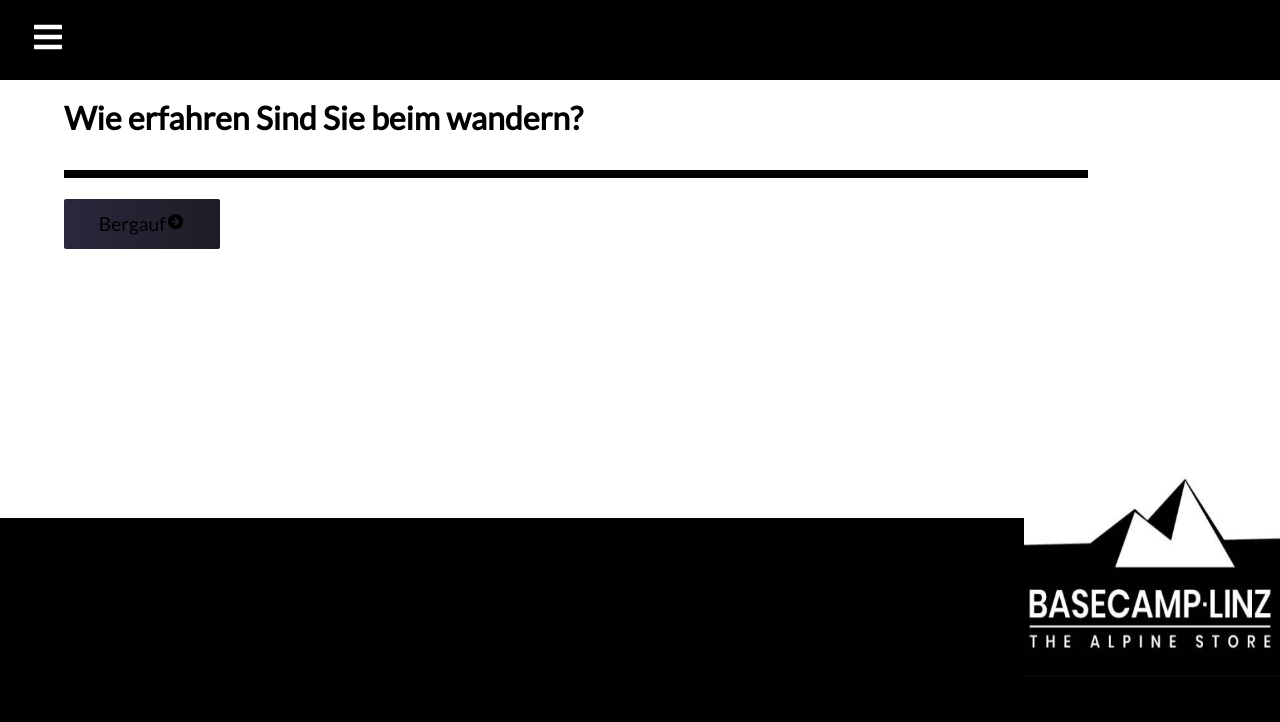
Repository: LeleZuGut/Kundenabfragesystem-Website
Page: /fragen/Wandern
These files come from the project's save history. The page is drawn as it stood at one moment and after the next save; the edit follows.
The browser window is 1280 px wide. The pictures show the whole page.
The project was rebuilt for these pictures with package versions that can differ from the ones it lists, and the page was loaded fresh each time. Also part of the build but not shown: src/Pages/FormSignup.js, src/Form.js, src/Styles/FormLogin.css, src/Pages/FormLogin.js, src/Form-Log.js, src/Pages/FormFragenKatalog-Main.js.

Above is the page before, as saved 2021-08-15 16:17:51.

### public/index.html
<!DOCTYPE html>
<html lang="en">
  <head>
    <meta charset="utf-8" />
    <link rel="icon" href="%PUBLIC_URL%/favicon.ico" />
    <meta name="viewport" content="width=device-width, initial-scale=1" />
    <meta name="theme-color" content="#000000" />
    <meta
      name="description"
      content="Web site created using create-react-app"
    />
    <link rel="apple-touch-icon" href="%PUBLIC_URL%/logo192.png" />
    <!--
      manifest.json provides metadata used when your web app is installed on a
      user's mobile device or desktop. See https://developers.google.com/web/fundamentals/web-app-manifest/
    -->
    <link rel="manifest" href="%PUBLIC_URL%/manifest.json" />
    <!--
      Notice the use of %PUBLIC_URL% in the tags above.
      It will be replaced with the URL of the `public` folder during the build.
      Only files inside the `public` folder can be referenced from the HTML.

      Unlike "/favicon.ico" or "favicon.ico", "%PUBLIC_URL%/favicon.ico" will
      work correctly both with client-side routing and a non-root public URL.
      Learn how to configure a non-root public URL by running `npm run build`.
    -->
    <title>Kundenabfragesystem</title>
  </head>
  <body>
    <noscript>You need to enable JavaScript to run this app.</noscript>
    <div id="root"></div>
    <!--
      This HTML file is a template.
      If you open it directly in the browser, you will see an empty page.

      You can add webfonts, meta tags, or analytics to this file.
      The build step will place the bundled scripts into the <body> tag.

      To begin the development, run `npm start` or `yarn start`.
      To create a production bundle, use `npm run build` or `yarn build`.


    -->
    <script src="https://www.google.com/recaptcha/api.js?onload=onloadCallback&
    render=explicit" async defer></script>
  </body>
</html>

### src/App.js
import { Route, BrowserRouter as Router, Switch, BrowserRouter} from 'react-router-dom';
import './App.css';
import Form from './Form';
import React, { Component } from 'react';
import Form_Log from './Form-Log';
import Navbar from './Pages/FormFragenKatalog-Main';
import FormFragenkatalog from './Pages/FormFragenkatalog';
export default class App extends Component {
  render() {
    return (
      <div className="Main-App">

      <BrowserRouter>
        <Switch>
          <Route exact path="/" component={Form} />
          <Route exact path="/login" component={Form_Log} />
          <Route exact path="/main" component={Navbar} />
          <Route exact path="/fragen/Wandern" component={FormFragenkatalog} />
          <Route exact path="/fragen/Ski" component={FormFragenkatalog} />
          <Route exact path="/fragen/Klettern" component={FormFragenkatalog} />






        </Switch>


      </BrowserRouter>
      </div>

    )
  }
}

### src/App.css
@import url('https://fonts.googleapis.com/css2?family=Lato&display=swap');

* {
  box-sizing: border-box;
  margin: 0;
  padding: 0;
  font-family: 'Lato', sans-serif;
}

.FormFragenKatalog{
  display: flex;
  height: 90vh;
  align-items: center;
  justify-content: center;
  font-size: 3rem;
}

### src/Pages/FormFragenkatalog.js
import React, { useState } from 'react';
import * as FaIcons from 'react-icons/fa';
import * as AiIcons from 'react-icons/ai';
import * as HiIcons from 'react-icons/hi';

import { Link } from 'react-router-dom';
import { IconContext } from 'react-icons';
import { SidebarData } from '../SidebarData';
import Logo_MainPage from '../Images/Main-FragenPageLogo.PNG';
import '../Styles/FormFragenkatalog.css';





const FormFragenKatalog = () => {
    const WandernURL = "/fragen/Wandern";
    const SkiURL = "/fragen/Ski";
    const KletternURL = "/fragen/Klettern";
    const currentURL = window.location.pathname;
    const [sidebar, setSidebar] = useState(false);

    const showSidebar = () => setSidebar(!sidebar);

    const Wquestions = [
        {
            questionText: "Wie erfahren Sind Sie beim wandern?",
            answerOptions:[
                {answerText: "Anfänger"},
                {answerText: "Fortgeschritten"},
                {answerText: "Profi"},

            ],
        },

        {
            questionText: "Welche Schuhgröße haben Sie?",
            answerOptions:[
                {answerText: "40"},
                {answerText: "41"},
                {answerText: "42"},

            ],
        },

    ];
    const [currentQuestion, setCurrentQuestion] = useState(0);

    const handleAnswerButtonClick = () =>{
        const nextquestion = currentQuestion + 1;
        setCurrentQuestion(nextquestion);
    }


    if (currentURL == WandernURL) {




        return (
            <>
                <IconContext.Provider value={{ color: '#fff' }}>
                    <div className='navbar'>
                        <Link to='#' className='menu-bars'>
                            <FaIcons.FaBars onClick={showSidebar} />
                        </Link>
                    </div>
                    <nav className={sidebar ? 'nav-menu active' : 'nav-menu'}>
                        <ul className='nav-menu-items' onClick={showSidebar}>
                            <li className='navbar-toggle'>
                                <Link to='#' className='menu-bars'>
                                    <AiIcons.AiOutlineClose />
                                </Link>
                            </li>
                            {SidebarData.map((item, index) => {
                                return (
                                    <li key={index} className={item.cName}>
                                        <Link to={item.path}>
                                            {item.icon}
                                            <span>{item.title}</span>
                                        </Link>
                                    </li>
                                );
                            })}
                        </ul>
                    </nav>
                </IconContext.Provider>

                <div className="Wandern_main_Strich">
                    <div className = "Fragen-Selection">


                    <h1 className="Wandern_main_heading">{Wquestions[currentQuestion].questionText}</h1>

                    <button className="Wandern_main_button_weiter">
                        Bergauf
                        <HiIcons.HiArrowCircleRight className="Wandern_main_button_weiter_icon"></HiIcons.HiArrowCircleRight>
                    </button>

                    </div>
                </div>

                <div className="Wandern_main_logo">
                    <img className='logobild' src={Logo_MainPage} alt='' />

                </div>
            </>



        );

    } else if (currentURL == SkiURL) {

        return (
            <div>
                <h1>Ski is geil</h1>
            </div>
        );
    } else if (currentURL == KletternURL) {
        return (
            <div>
                <h1>Klettern is geil</h1>
            </div>
        );
    }


}

export default FormFragenKatalog;

### src/Styles/FormSignup.css

.form-container {
  width: 100%;
  position: flex;
  height: 937px;
  display: grid;
  grid-template-columns: 1fr 1fr;
}

  .close-btn {
    position: flex;
    top: 2%;
    right: 3%;
    font-size: 1.5rem;
    z-index: 1;
    color: #fff;
    cursor: pointer;
  }


  .form-content-left {
    background: linear-gradient(
      90deg,
      rgb(44,39,60) 0%,
      rgb(31,28,38) 100%
    );
    height: 100%;
    display: flex;
    align-items: center;
    justify-content: center;
  }

  .form-img {
    width: 25%;
    height: 25%;

  }



  .form-img-2 {
    width: 60%;
    height: 60%;
    position: absolute;
    top: 50%;
    left: 50%;
    transform: translate(-50%, -50%);
  }

  .form-success {
    text-align: center;
    font-size: 24px;
    margin-top: 80px;
    color: #fff;
  }

  .form-content-right {
    height: 100%;
    position: relative;
    background: linear-gradient(90deg, rgb(40, 40, 40) 0%, rgb(17, 17, 17) 100%);
    display: flex;
    align-items: center;
    justify-content: center;
  }

  .form {
    position: absolute;
    top: 50%;
    left: 50%;
    transform: translate(-50%, -50%);
    width: 90%;
    height: 100%;
    display: flex;
    flex-direction: column;
    justify-content: center;
    align-items: center;
  }

  .form h1 {
    font-size: 1.5rem;
    text-align: start;
    width: 80%;
    margin-bottom: 1rem;
    color: #fff;
  }

  .form-inputs {
    margin-bottom: 1rem;
    width: 80%;

  }

  .form-inputs p {
    font-size: 1rem;
    margin-top: 0.5rem;
    color: #f00e0e;
  }

  .form-label {
    display: inline-block;
    font-size: 1rem;
    margin-bottom: 6px;
    color: #fff;
  }

  .form-input {
    display: block;
    padding-left: 10px;
    outline: none;
    border-radius: 2px;
    height: 40px;
    width: 100%;
    border: none;
  }

  .form-input::placeholder {
    color: #595959;
    font-size: 13px;
  }

  .form-input-btn {
    width: 80%;
    height: 50px;
    margin-top: 10px;
    border-radius: 2px;
    background: linear-gradient(
      90deg,
      rgb(44,39,60) 0%,
      rgb(31,28,38) 100%
    );
    outline: none;
    border: none;
    color: #fff;
    font-size: 1.2rem;
  }

  .form-input-btn:hover {
    cursor: pointer;
    background: linear-gradient(
      90deg,
      rgb(39, 143, 255) 0%,
      rgb(12, 99, 250) 100%
    );
    transition: all 0.4s ease-out;
  }

  .form-input-login {
    font-size: 1rem;
    margin-top: 10px;
    color: #fff;
    width: 80%;
    text-align: center;
  }

  .form-input-login a {
    text-decoration: none;
    color: #CE2A5E;
    font-weight: 600;
  }

  @media only screen and (max-width: 1024px){

    body{
      background: linear-gradient(90deg, rgb(40, 40, 40) 0%, rgb(17, 17, 17) 100%);
    }

    .form-container {
      width: 100%;
      height: 100%;
      display: block;
      flex-direction: column;
      justify-content: space-between;


    }



    .form-img {
      width: 25%;
      height: 25%;

    }

    .form-content-left {
      background: linear-gradient(
        90deg,
        rgb(44,39,60) 0%,
        rgb(31,28,38) 100%
      );

      display: flex;
      align-items: center;
      justify-content: center;
      width: 100%;
      height: 100%;

    }

    .form {


      width: auto;
      height: auto;

    }


    .form-content-right {
      display: flex;
      align-items: center;
      justify-content: center;
      width: 100%;
      height: 100%;
      margin-top: 40%;

    }

    .form-label {
      display: inline-block;
      font-size: rem;
      margin-bottom: 3px;
      color: #fff;
    }

    .form h1 {
      font-size: 1rem;
      text-align: start;
      width: 180%;
      margin-top: 0.2rem;
      margin-bottom: 0.50rem;
      color: #fff;
    }
  }

### src/SidebarData.js
import * as AiIcons from 'react-icons/ai';
import * as BiIcons from 'react-icons/bi';
import * as RiIcons from 'react-icons/ri';


import React from 'react';


export const SidebarData = [
    {
        title: 'Home',
        path: '/main',
        icon: <AiIcons.AiFillHome/>,
        cName: 'nav-text'
    },

    {
        title: 'Admin Page',
        path: '/admin-page',
        icon: <RiIcons.RiAdminLine/>,
        cName: 'nav-text'
    },

    {
        title: 'Abmelden',
        path: '/',
        icon: <BiIcons.BiLogOut/>,
        cName: 'nav-text'
    }
]

### src/Styles/FormFragenKatalog-Main.css
.navbar {
    background-color: black;
    height: 80px;
    display: flex;
    justify-content: start;
    align-items: center;
  }

  .Main-Fragen-Heading{
    justify-content: start;
    align-items: center;
    margin-top: 2%;
    margin-left: 33%;

  }

  .Main-Fragen-Img{
      display: flex;
      align-items: center;
      justify-content: start;
      margin-top: 172px;
  }

  .Wandern-Img{
    width: 15%;
    height: 15%;
  }

  .Ski-Img{
    margin-left: 5%;
    width: 15%;
    height: 15%;

  }

  .Klettern-Img{
    margin-left: 5%;
    width: 15%;
    height: 15%;
  }
  .main_logo{
    background:black;
    height: 204px;
    width: 100%;
    display: flex;
    justify-content: end;
    align-items: center;
    margin-top: 10%;

  }

  .logobild{
    display: flex;
    justify-content: center;
    align-items: center;
    margin-left: 42.5%;
    margin-bottom: 7%;
    width: 20%;
    height: 100%;
  }


  .menu-bars {
    margin-left: 2rem;
    font-size: 2rem;
    background: none;
  }

  .nav-menu {
    background-color:black;
    width: 250px;
    height: 100vh;
    display: flex;
    justify-content: center;
    position: fixed;
    top: 0;
    left: -100%;
    transition: 850ms;
  }

  .nav-menu.active {
    left: 0;
    transition: 350ms;
  }

  .nav-text {
    display: flex;
    justify-content: start;
    align-items: center;
    padding: 8px 0px 8px 16px;
    list-style: none;
    height: 60px;
  }

  .nav-text a {
    text-decoration: none;
    color: #f5f5f5;
    font-size: 18px;
    width: 95%;
    height: 100%;
    display: flex;
    align-items: center;
    padding: 0 16px;
    border-radius: 4px;
  }

  .nav-text a:hover {
    background-color: #1a83ff;
  }

  .nav-menu-items {
    width: 100%;
  }

  .navbar-toggle {
    background-color: black;
    width: 100%;
    height: 80px;
    display: flex;
    justify-content: start;
    align-items: center;
  }

  span {
    margin-left: 16px;
  }



  @media only screen and (max-width: 1024px){

    .Main-Fragen-Heading{
      justify-content: start;
      align-items: center;
      margin-top: 12%;
      margin-left: 23%;

    }

    .main_logo{
      background:black;
      height: 204px;
      width: 100%;
      display: flex;
      justify-content: end;
      align-items: center;
      margin-top: 41%;

    }

    .Main-Fragen-Img{
      display: flex;
      align-items: center;
      justify-content: start;
      margin-top: 50%;
      margin-left: 10%;
  }

    .Wandern-Img{
      width: 15%;
      height: 15%;
    }

    .Ski-Img{
      margin-left: 5%;
      width: 15%;
      height: 15%;

    }

    .Klettern-Img{
      margin-left: 5%;
      width: 15%;
      height: 15%;
    }
  }

### src/Styles/FormFragenkatalog.css
.Wandern_main_logo{
    background:black;
    height: 204px;
    width: 100%;
    display: flex;
    justify-content: end;
    align-items: center;
    margin-top: 26.6%;

}

.Wandern_main_Strich{

    background: black;
    display: flex;
    justify-content: start;
    align-items: center;
    margin-top: 7%;
    margin-left: 5%;
    height: 8px;
    width: 80%;
}

.Wandern_main_heading{
    margin-bottom: 10%;
    display: flex;
    justify-content: start;
    align-items: center;

}

.Wandern_main_button_weiter{
    width: 30%;
    height: 50px;
    margin-top: 10px;
    border-radius: 2px;
    background: linear-gradient(
      90deg,
      rgb(44,39,60) 0%,
      rgb(31,28,38) 100%
    );
    outline: none;
    border: none;
    color:black;
    font-size: 1.2rem;
}

Loaded but not shown: src/index.js (common file); src/Styles/FormLogin.css (no copy from this time; the picture is the same without it)

After the next save:
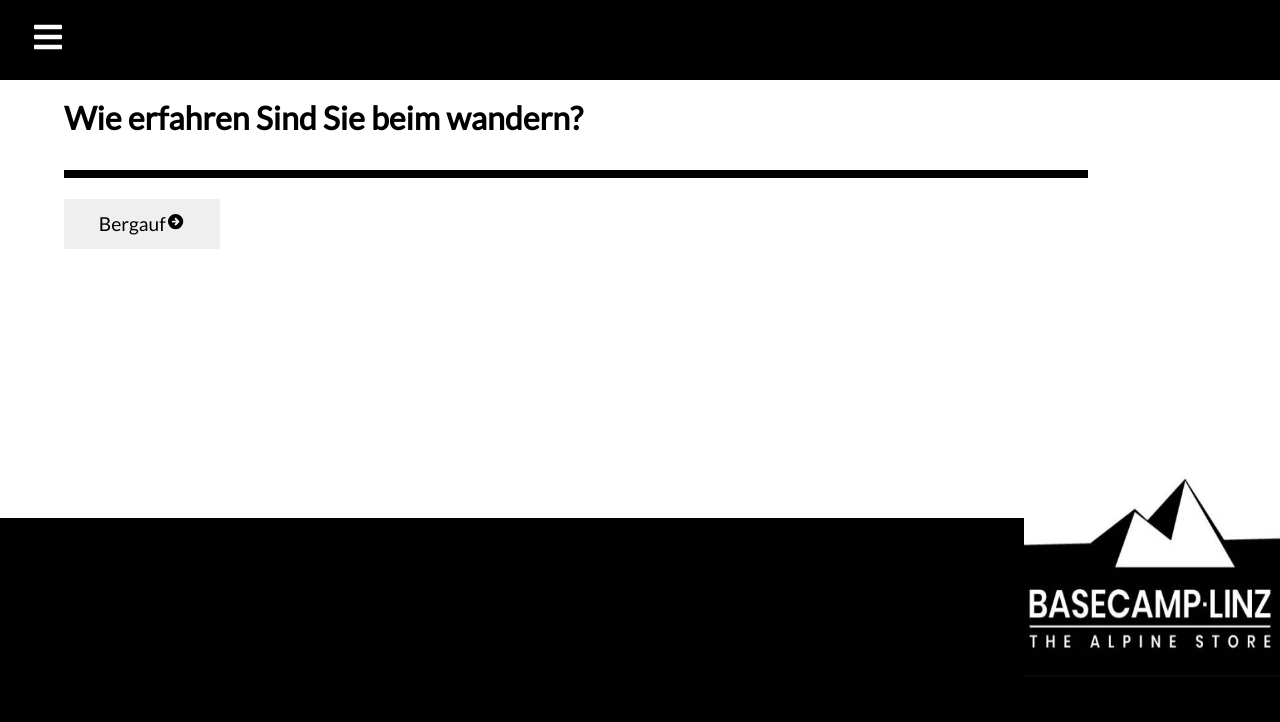
Saved 9 s later.
--- a/src/Styles/FormFragenkatalog.css
+++ b/src/Styles/FormFragenkatalog.css
@@ -34,11 +34,7 @@
     height: 50px;
     margin-top: 10px;
     border-radius: 2px;
-    background: linear-gradient(
-      90deg,
-      rgb(44,39,60) 0%,
-      rgb(31,28,38) 100%
-    );
+    background: white
     outline: none;
     border: none;
     color:black;
